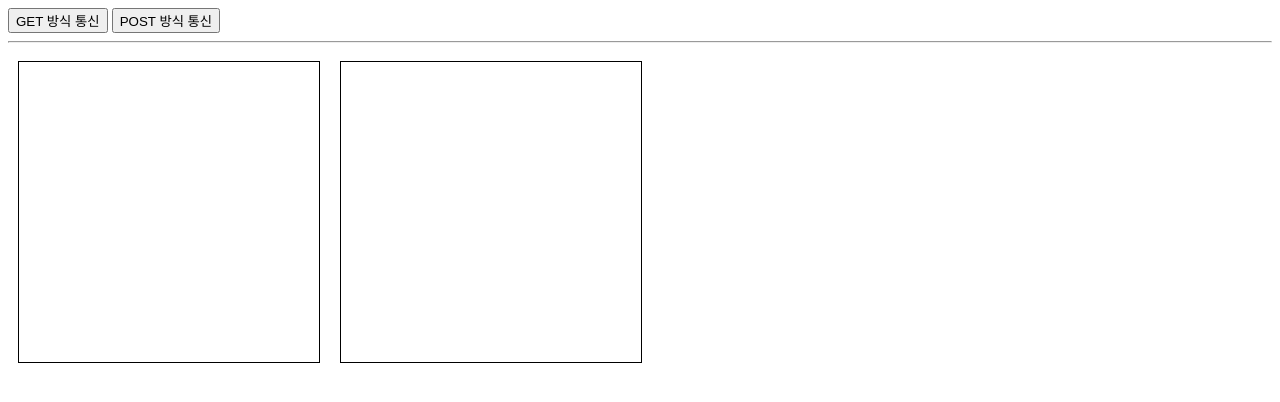
Repository: cartoon1110/KosaSwCourse
Page: workspace-web/HtmlProgramming/WebContent/ajax/ajax04.html
An editor plug-in stored every save of this project. The page is shown before and after the next save, followed by the edit.
The browser window is 1280 px wide. The pictures show the whole page.

Above is the page before, as saved 2015-08-29 01:28:25.

After the next save:
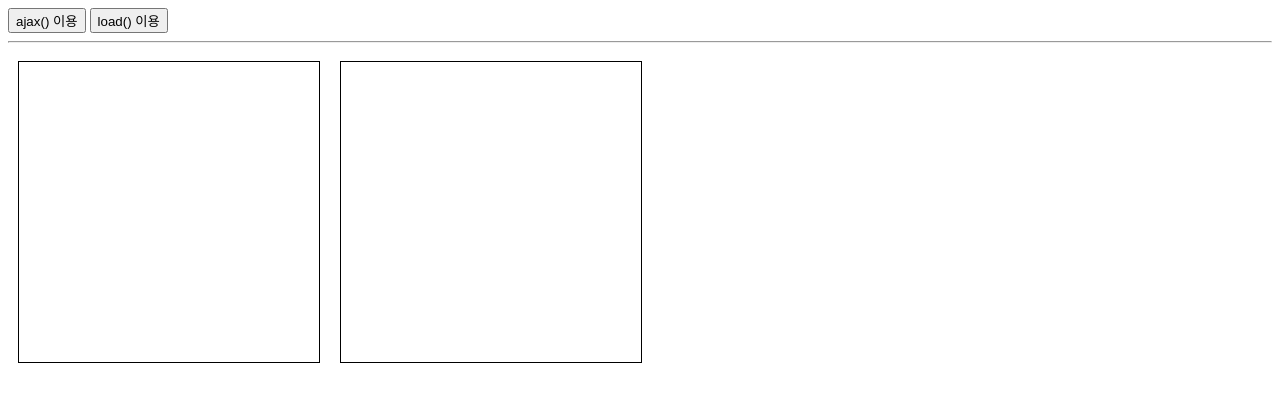
Saved 4 min 3 s later.
--- a/workspace-web/HtmlProgramming/WebContent/ajax/ajax04.html
+++ b/workspace-web/HtmlProgramming/WebContent/ajax/ajax04.html
@@ -13,11 +13,17 @@
 		<script type="text/javascript">
 			$(function(){
 				$("#btn1").on("click", function(){
+					$.ajax({
+						url: "ajax04.jsp",
+						success: function(data){
+							$("#result1").html(data);
+						}
 
+					});
 				});
 
 				$("#btn2").on("click", function(){
-
+					$("#result2").load("ajax04.jsp");
 
 				});
 
@@ -25,8 +31,8 @@
 		</script>
 	</head>
 	<body>
-		<button id="btn1">GET 방식 통신</button>
-		<button id="btn2">POST 방식 통신</button>
+		<button id="btn1">ajax() 이용</button>
+		<button id="btn2">load() 이용</button>
 		<hr/>
 		<div id="result1" style="width:300px;height:300px; border:1px solid black">
 		</div>
